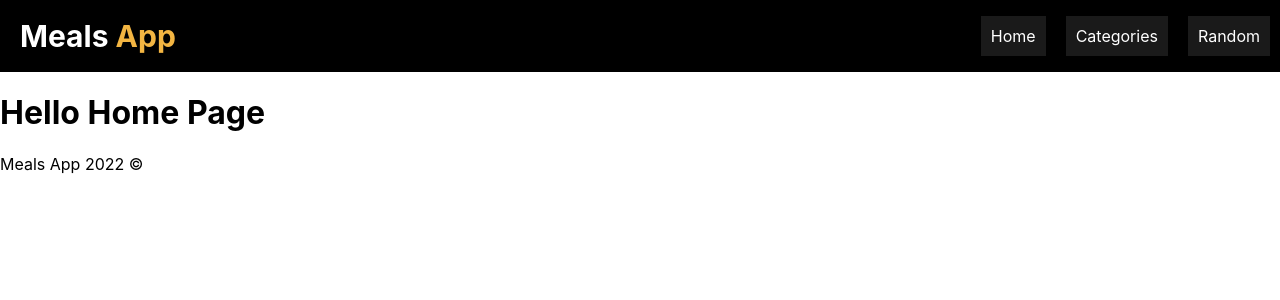
Repository: Shahriddinov/Meals
Page: /
An editor plug-in stored every save of this project. The page is shown before and after the next save, followed by the edit.
The browser window is 1280 px wide. The pictures show the whole page.
The project was rebuilt for these pictures with package versions that can differ from the ones it lists, and the page was loaded fresh each time. Also part of the build but not shown: src/components/Categories/Categories.js, src/components/RandomMeal/RandomMeal.js.

Above is the page before, as saved 2022-03-21 16:51:28.

### src/index.js
import React from 'react';
import ReactDOM from 'react-dom';
import { BrowserRouter } from 'react-router-dom';
import App from './App';
import { AppContext } from './components/context/context';

ReactDOM.render(
  <React.StrictMode>
    <BrowserRouter>
    <AppContext>
      <App />
    </AppContext>
    </BrowserRouter>

  </React.StrictMode>,
  document.getElementById('root')
);

### src/App.js
import React from 'react';
import { Footer } from './components/Footer/Footer';
import Navbar from './components/Navbar/Navbar';
import HomePage from './components/HomePage/HomePage'
import Categories from './components/Categories/Categories'
import RandomMeal from './components/RandomMeal/RandomMeal'
import {BrowserRouter,  Routes, Route} from 'react-router-dom'

function App(props) {
    return (
        <div>
         <Navbar />

         <Routes>
          <Route  path="/" element={<HomePage/>} />
          <Route  path="/categories" element={<Categories/>}/>
          <Route  path="/random" element={<RandomMeal/>} />
          </Routes>
          <Footer/>
        </div>
    );
}

export default App;

### src/components/context/context.js
import React, {createContext} from 'react'

const myContext = createContext();

export const AppContext  = ({children}) =>{
  return <myContext.Provider>{children}</myContext.Provider>

}

### src/components/Footer/Footer.js
import React from 'react'

export const Footer = () => {
  return (
    <div className="footer">
       <p>Meals <span>App</span> 2022 &copy;</p>
    </div>
  )
}

### src/components/Navbar/Navbar.js
import React from 'react'
import {Link} from 'react-router-dom'
import "./Navbar.scss"
const Navbar = () => {
  return (
    <div className="navbar">
      <div className="navbar-heading">
          <h1>Meals <span>App</span></h1>
      </div>
      <div className="navbar-links">
          <ul>
           <Link to="/">
             {""}
             <li>Home</li>
             </Link>
           <Link to="/categories">
             {""}
             <li>Categories</li>
             </Link>
           <Link to="/random">
             {""}
             <li>Random</li>
             </Link>
          </ul>
      </div>
    </div>
  )
}

export default Navbar

### src/components/HomePage/HomePage.js
import React from 'react'

function HomePage() {
  return (
    <div>
      <h1>Hello Home Page</h1>
    </div>
  )
}

export default HomePage

### src/components/Navbar/Navbar.scss
body {
  padding: 0;
  margin: 0;
  box-sizing: border-box;
  font-family: -apple-system, BlinkMacSystemFont, "Segoe UI", Roboto, Oxygen,
    Ubuntu, Cantarell, "Open Sans", "Helvetica Neue", sans-serif;
}

.navbar {
  width: 100%;
  height: 10vh;
  background: #000000;
  color: #fff;
  display: flex;
  align-items: center;
  justify-content: space-between;
  flex-direction: row;
  &-heading {
    h1 {
      margin-left: 20px;
      font-size: 30px;
      span {
        color: #f3b542;
      }
    }
  }
  &-links {
    ul {
      display: flex;
      list-style: none;
    }
    a {
      color: #ffff;
      text-decoration: none;
      margin: 0px 10px;
      padding: 10px;
      background: lighten($color: #000000, $amount: 10);
    }
  }
}

Loaded but not shown: public/index.html (common file)

After the next save:
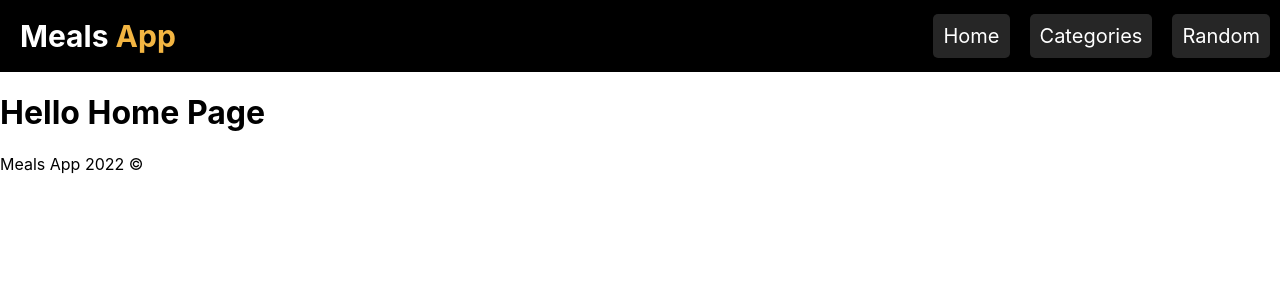
Saved 2 min 47 s later.
--- a/src/components/Navbar/Navbar.scss
+++ b/src/components/Navbar/Navbar.scss
@@ -34,7 +34,13 @@ body {
       text-decoration: none;
       margin: 0px 10px;
       padding: 10px;
-      background: lighten($color: #000000, $amount: 10);
+      background: lighten($color: #000000, $amount: 15);
+      border-radius: 5px;
+      font-size: 20px;
+      transition: all 0.4s ease;
+      &:hover {
+        color: #f3b542;
+      }
     }
   }
 }
